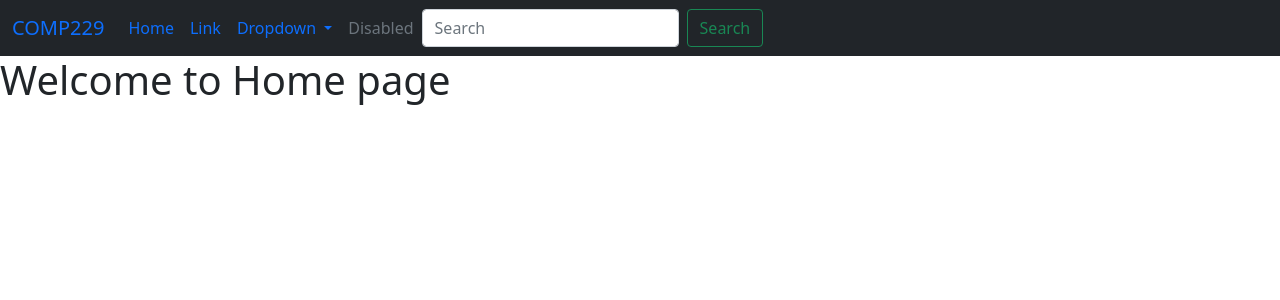
Repository: kiruriluap/COMP229-M2022-Labs
Page: http://localhost/
An editor plug-in stored every save of this project. The page is shown before and after the next save, followed by the edit.
The browser window is 1280 px wide. The pictures show the whole page.
The page is served by the project's Node server (server.js).

Above is the page before, as saved 2022-05-28 17:23:15.

After the next save:
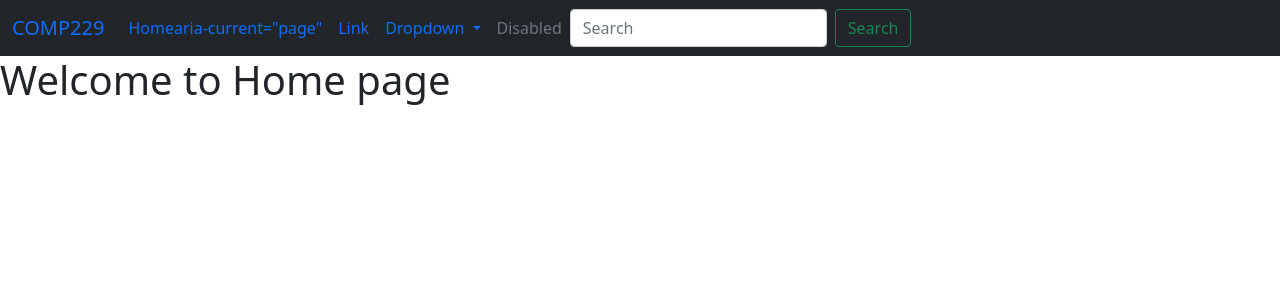
Saved 4 s later.
--- a/week3-6 Partials - Copy - Copy/views/index.ejs
+++ b/week3-6 Partials - Copy - Copy/views/index.ejs
@@ -22,7 +22,7 @@
       <div class="collapse navbar-collapse" id="navbarSupportedContent">
         <ul class="navbar-nav mr-auto mb-2 mb-lg-0">
           <li class="nav-item active">
-            <a class="nav-link active" aria-current="page" href="#">Home</a>
+            <a class="nav-link active" href="#">Homearia-current="page" </a>
           </li>
           <li class="nav-item">
             <a class="nav-link" href="#">Link</a>
